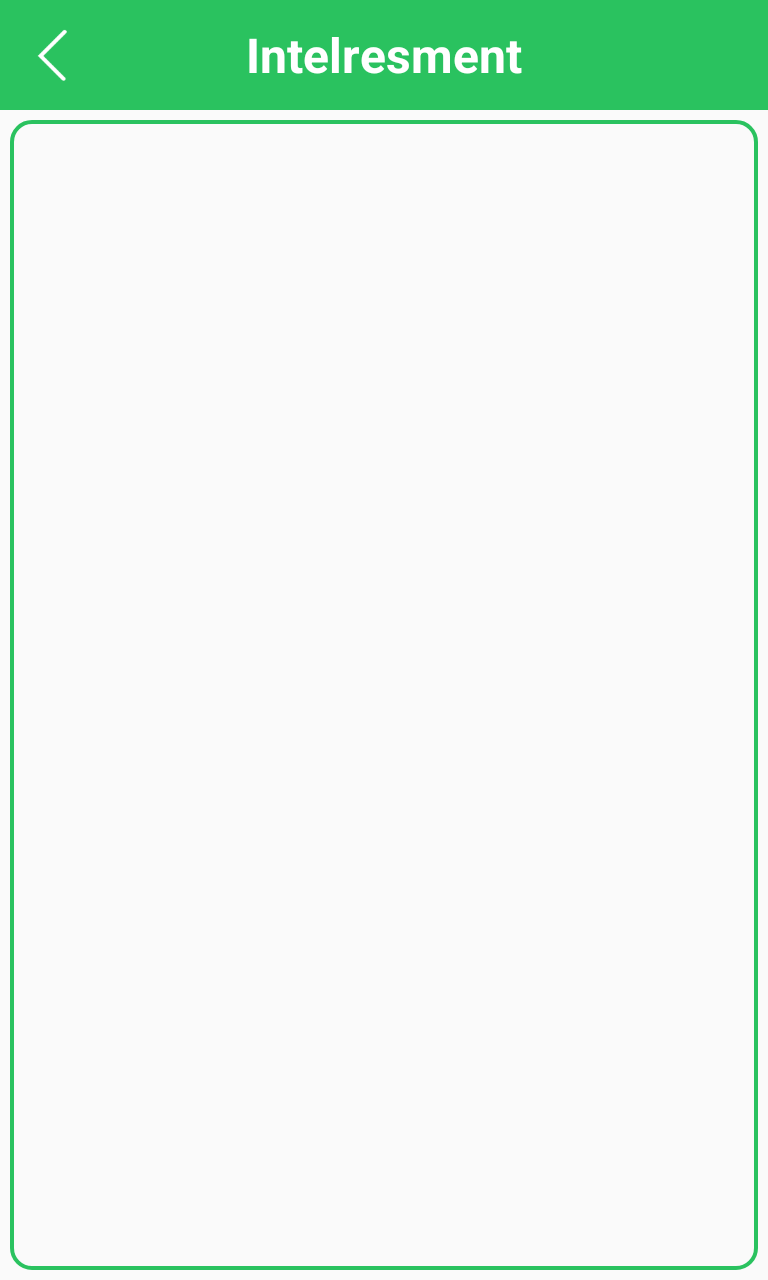
Repository: yenthanh132/Intelresment_AndroidClientApp
Layout: Intelresment/res/layout/activity_login.xml
The author's editor kept a copy of each file at every save. The layout is drawn from the files as they stood at one save, then again after the next save.
It is drawn on a 768 x 1280 px phone screen (xhdpi) without system bars, with theme AppTheme; the app's code is not run. Lists and similar views that code fills are empty.

Above is the layout before, as saved 2014-12-28 14:11:30.

After the next save:
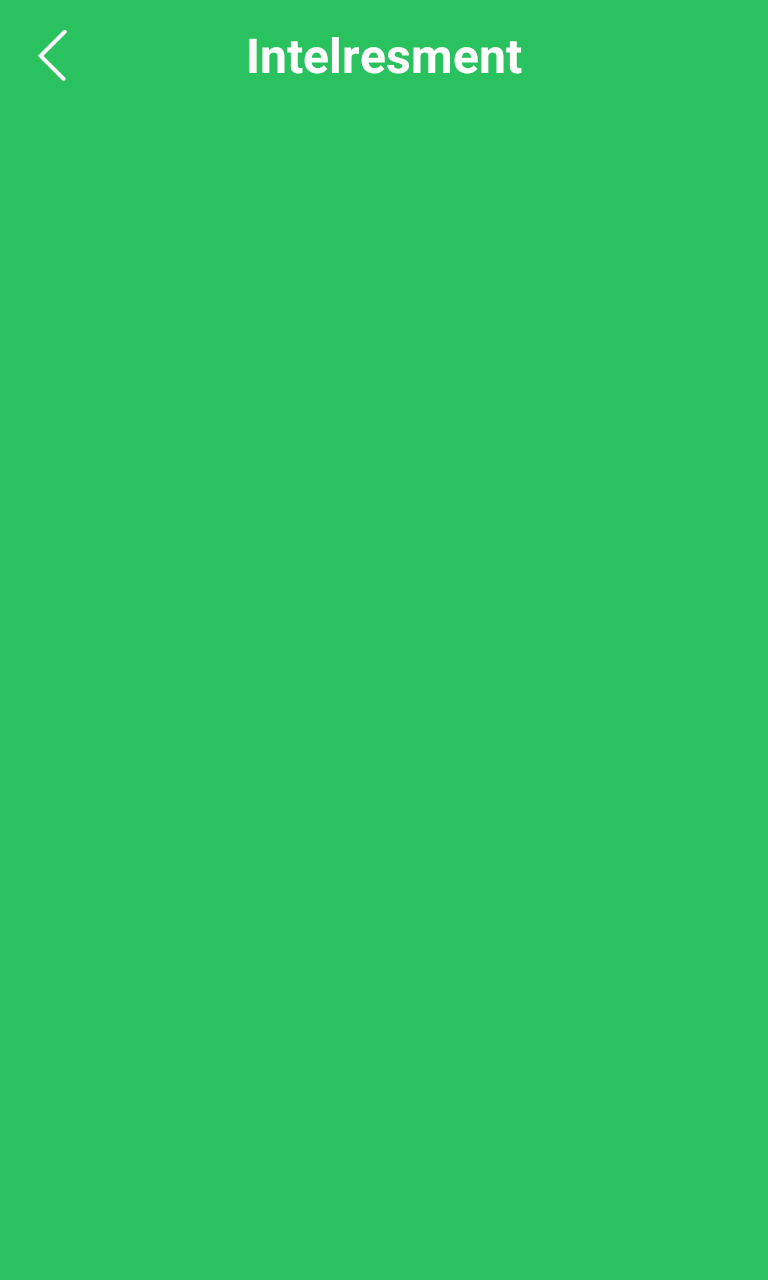
Saved 15 min 24 s later.
--- a/Intelresment/res/layout/activity_login.xml
+++ b/Intelresment/res/layout/activity_login.xml
@@ -2,10 +2,11 @@
     xmlns:tools="http://schemas.android.com/tools"
     android:layout_width="match_parent"
     android:layout_height="match_parent"
+    android:background="#2AC25F"
     tools:context="com.cs300.intelresment.MainActivity" >
 
     <RelativeLayout
-        android:id="@+id/header"
+        android:id="@+id/panelLogin"
         android:layout_width="match_parent"
         android:layout_height="wrap_content"
         android:background="#2AC25F"
@@ -50,5 +51,4 @@
         </GridView>
     </RelativeLayout>
 
-
 </RelativeLayout>
